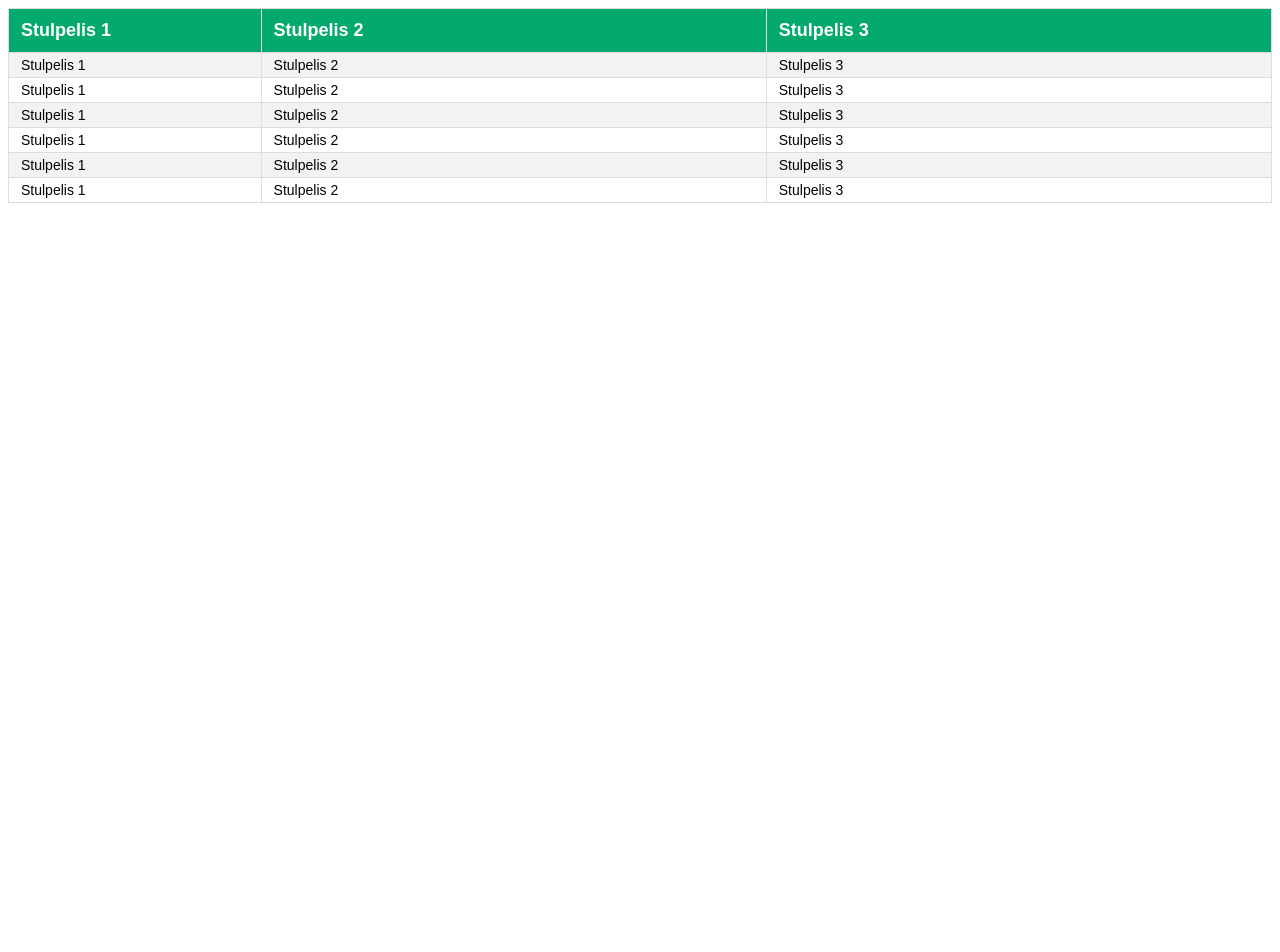
Repository: motiejus1/10-paskaita-05.31
Page: index.html
An editor plug-in stored every save of this project. The page is shown before and after the next save, followed by the edit.
The browser window is 1280 px wide. The pictures show the part of the page from y = 0 to 952 px (the page is 3211 px tall).
Backgrounds fixed to the window are drawn as part of the page.

Above is the page before, as saved 2021-06-16 20:22:54.

### index.html
<!DOCTYPE html>
<html lang="en">
<head>
    <meta charset="UTF-8">
    <meta http-equiv="X-UA-Compatible" content="IE=edge">
    <meta name="viewport" content="width=device-width, initial-scale=1.0">
    <title>10 paskaita</title>

    <style>
        html {
            font-size: 18px;
        }

        .container {
            width: 100%;
            height: 1800px;
        }


        /* Fono spalvos */

        .fonas-spalva {
            background-color: green;
            opacity: 0.7;
        }

        .fonas {
            background-color: #657AD3;
            opacity: 0.7;
        }

        .fonas-rgb {
            background-color:rgb(101, 122, 211);
            opacity: 0.7;
        }

        .fonas-rgba {
            background-color:rgba(101, 122, 211, 0.7);
        }

        /* Paveiksliukas kaip fonas */
        .paveiksliukas {
            height: 100%;
            background-image: url("https://images.unsplash.com/photo-1593642531955-b62e17bdaa9c?ixid=MnwxMjA3fDF8MHxwaG90by1wYWdlfHx8fGVufDB8fHx8&ixlib=rb-1.2.1&auto=format&fit=crop&w=750&q=80");
            background-color:grey;
            background-repeat: no-repeat;
            opacity: 0.7;
            background-attachment: fixed;
            /* background-position: 5px 5px; */
            /* background-position: center center; */
            /* background-size: 100% 100%; */
            /* background-size: contain; background-size: 100% */
            /* background-size: cover; */


        }

        table {

            font-family: Arial, Helvetica, sans-serif;
            border: 1px solid  #ddd;
            margin-bottom: 1200px;
            width: 100%;
            border-collapse: collapse;
        }


        td, th {
            border: 1px solid  #ddd;
            padding-left: 12px;
        }

        th {
            text-align: left;
            padding-top: 11px;
            padding-bottom: 11px;
            background-color: #04AA6D;
            color:white;
            font-size: 1rem;
        }

        td {
            padding-top: 0.2222rem;
            padding-bottom: 4px;
            font-size: 0.7778rem;
        }

        tr:nth-child(even) {
            background-color: #f2f2f2;
        }

        tr:hover {
            background-color: #ddd;
         }

        /* td:hover { */
            /* background-color: #ddd; */
        /* } */
            .col-20 {
                width: 20%;
            }
            .col-40 {
                width: 40%;
            }
    </style>
</head>
<body>

    <table>
        <tr>
            <th class="col-20">Stulpelis 1</th>
            <th class="col-40">Stulpelis 2</th>
            <th class="col-40">Stulpelis 3</th>
        </tr>
        <tr>
            <td >Stulpelis 1</td>
            <td>Stulpelis 2</td>
            <td>Stulpelis 3</td>
        </tr>
        <tr>
            <td>Stulpelis 1</td>
            <td>Stulpelis 2</td>
            <td>Stulpelis 3</td>
        </tr>
        <tr>
            <td>Stulpelis 1</td>
            <td>Stulpelis 2</td>
            <td>Stulpelis 3</td>
        </tr>
        <tr>
            <td>Stulpelis 1</td>
            <td>Stulpelis 2</td>
            <td>Stulpelis 3</td>
        </tr>
        <tr>
            <td>Stulpelis 1</td>
            <td>Stulpelis 2</td>
            <td>Stulpelis 3</td>
        </tr>
        <tr>
            <td>Stulpelis 1</td>
            <td>Stulpelis 2</td>
            <td>Stulpelis 3</td>
        </tr>
    </table>

    <div class="container fonas-rgba">
        <div class="paveiksliukas">
            Tekstas
        </div>
    </div>
</body>
</html>

After the next save:
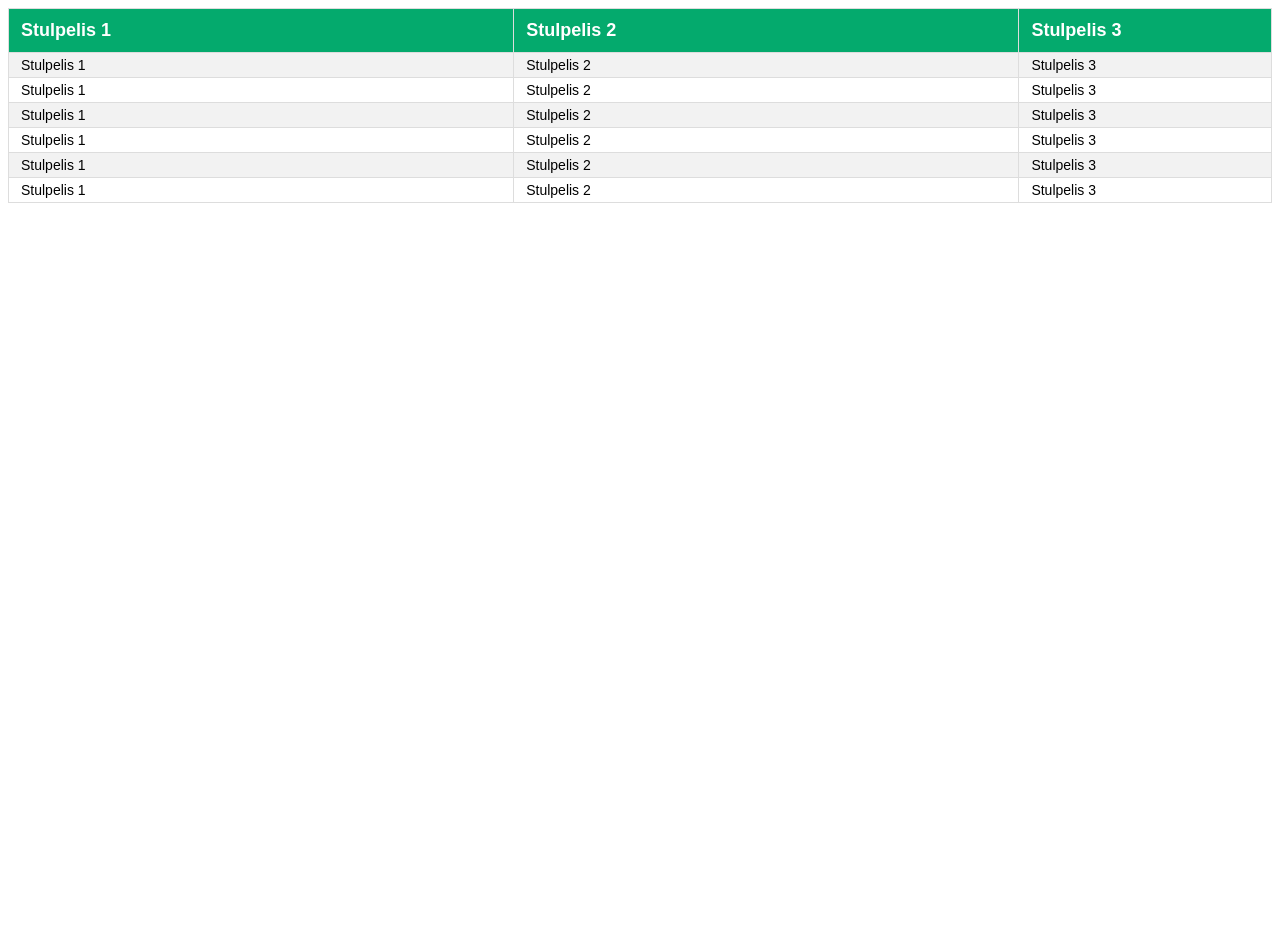
Saved 12 s later.
--- a/index.html
+++ b/index.html
@@ -113,7 +113,7 @@
             <th class="col-40">Stulpelis 3</th>
         </tr>
         <tr>
-            <td >Stulpelis 1</td>
+            <td class="col-40" >Stulpelis 1</td>
             <td>Stulpelis 2</td>
             <td>Stulpelis 3</td>
         </tr>

After the 2 saves that followed:
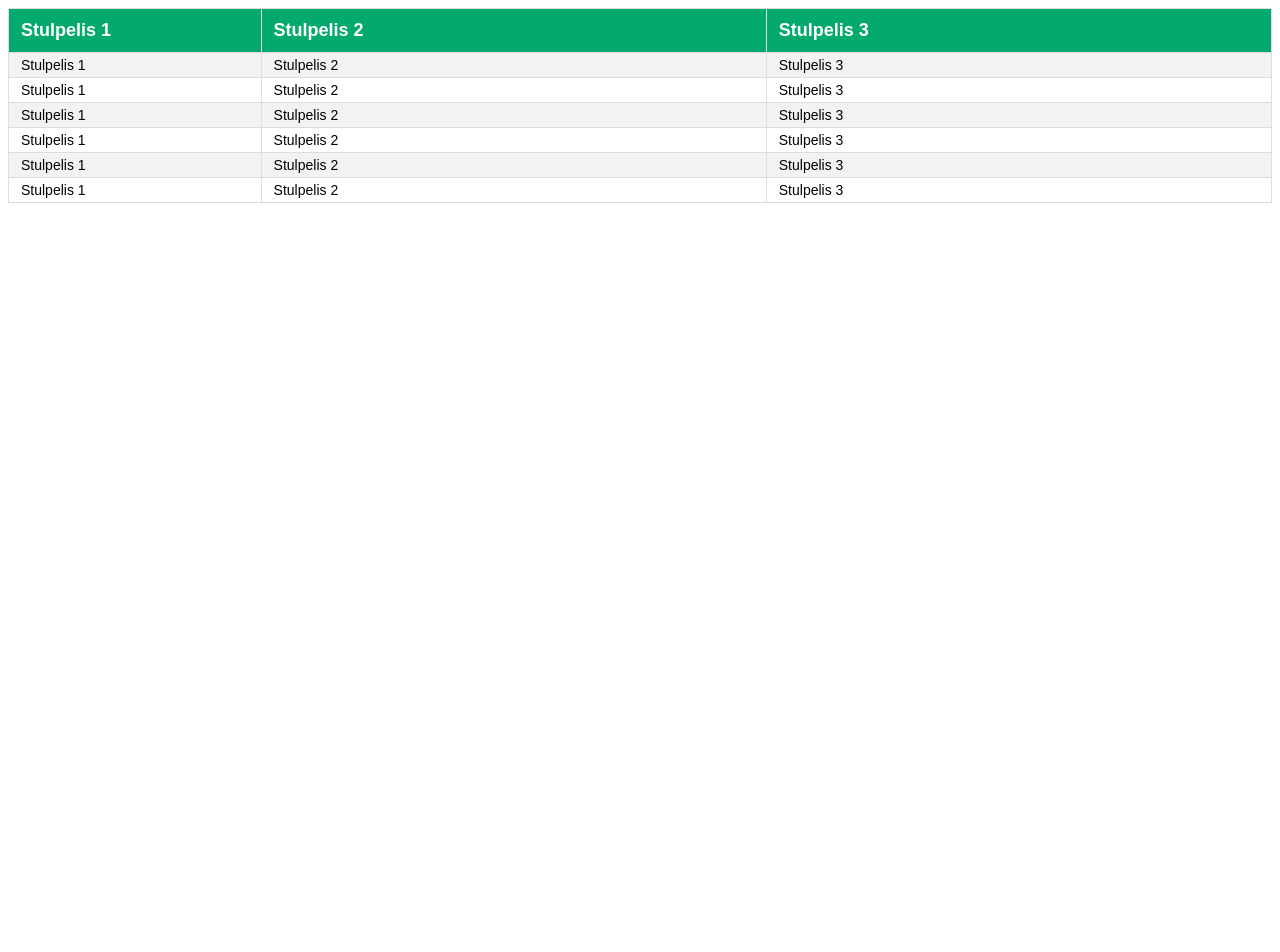
The 2 saves are shown as one change because they came seconds apart.
The last was saved 66 s later.
--- a/index.html
+++ b/index.html
@@ -113,7 +113,7 @@
             <th class="col-40">Stulpelis 3</th>
         </tr>
         <tr>
-            <td class="col-40" >Stulpelis 1</td>
+            <td>Stulpelis 1</td>
             <td>Stulpelis 2</td>
             <td>Stulpelis 3</td>
         </tr>
